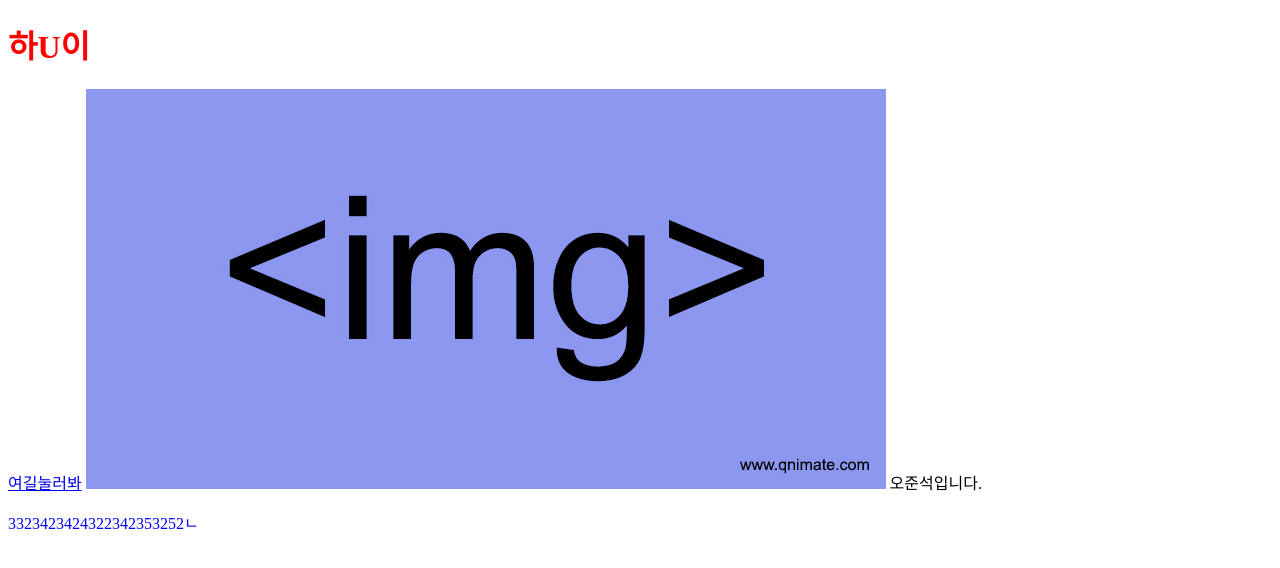
Repository: junshock5/RubyTest
Page: index.html
The author's editor kept a record of every edit. The page is drawn from the files as they stood at one moment, then again after the next edit.
The browser window is 1280 px wide. The pictures show the whole page.
Some web fonts or font styles are not loaded; a fallback is used.

Above is the page before.

### index.html
<!DOCTYPE html>
<html lang="ko">
    <head>
        <meta charset="UTF-8"/>
        <h1>하U이</h1>
        <link rel="stylesheet" href="./css/style.css" type="text/css" />

        <link href="https://fonts.googleapis.com/css?family=Lacquer&display=swap" rel="stylesheet">
    </head>
    <body>
        <title>
            안녕하세요.
        </title>

        <a href="https://m.blog.naver.com/PostView.nhn?blogId=pacificduck&logNo=220615499732&proxyReferer=https%3A%2F%2Fwww.google.com%2F">여길눌러봐</a>
        <img src="images2.jpg">
        오준석입니다.

        <p Class="SDf">3323423424322342353252ㄴ</p>


    </body>
</html>

### css/style.css
h1 {
    color: red;
}

.SDf {
    color:blue;
    font-family: 'Lacquer' ;
}

#profile{
    width: 100px;
    height: 100px;
}

After the next edit:
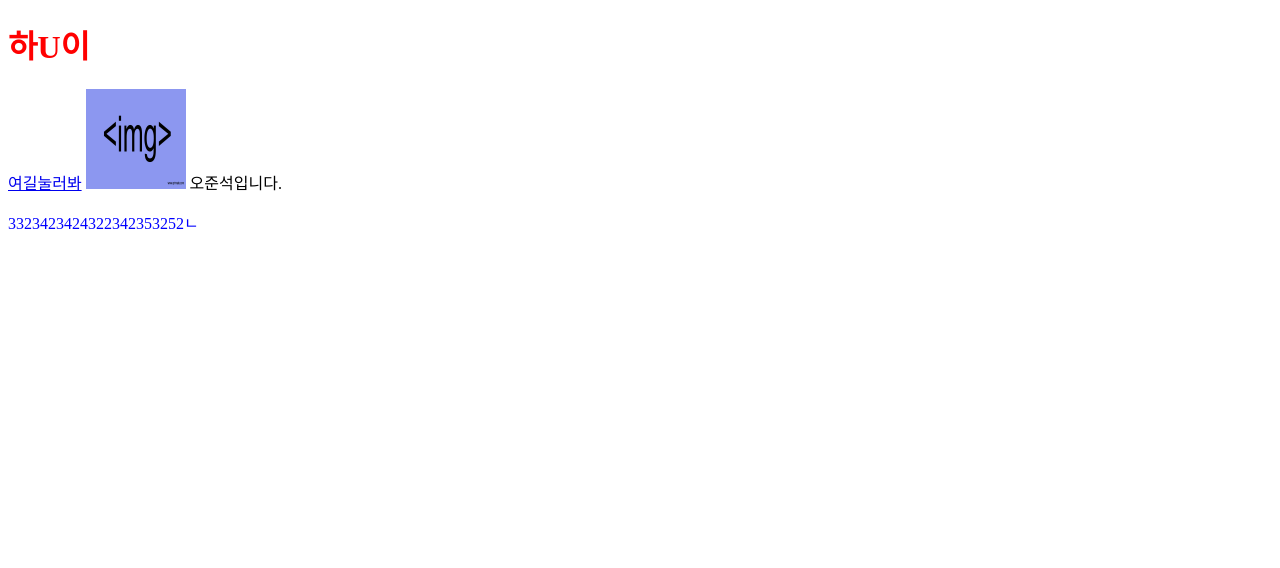
The edit:
--- a/index.html
+++ b/index.html
@@ -13,7 +13,7 @@
         </title>
 
         <a href="https://m.blog.naver.com/PostView.nhn?blogId=pacificduck&logNo=220615499732&proxyReferer=https%3A%2F%2Fwww.google.com%2F">여길눌러봐</a>
-        <img src="images2.jpg">
+        <img id="profile" src="images2.jpg" >
         오준석입니다.
 
         <p Class="SDf">3323423424322342353252ㄴ</p>
